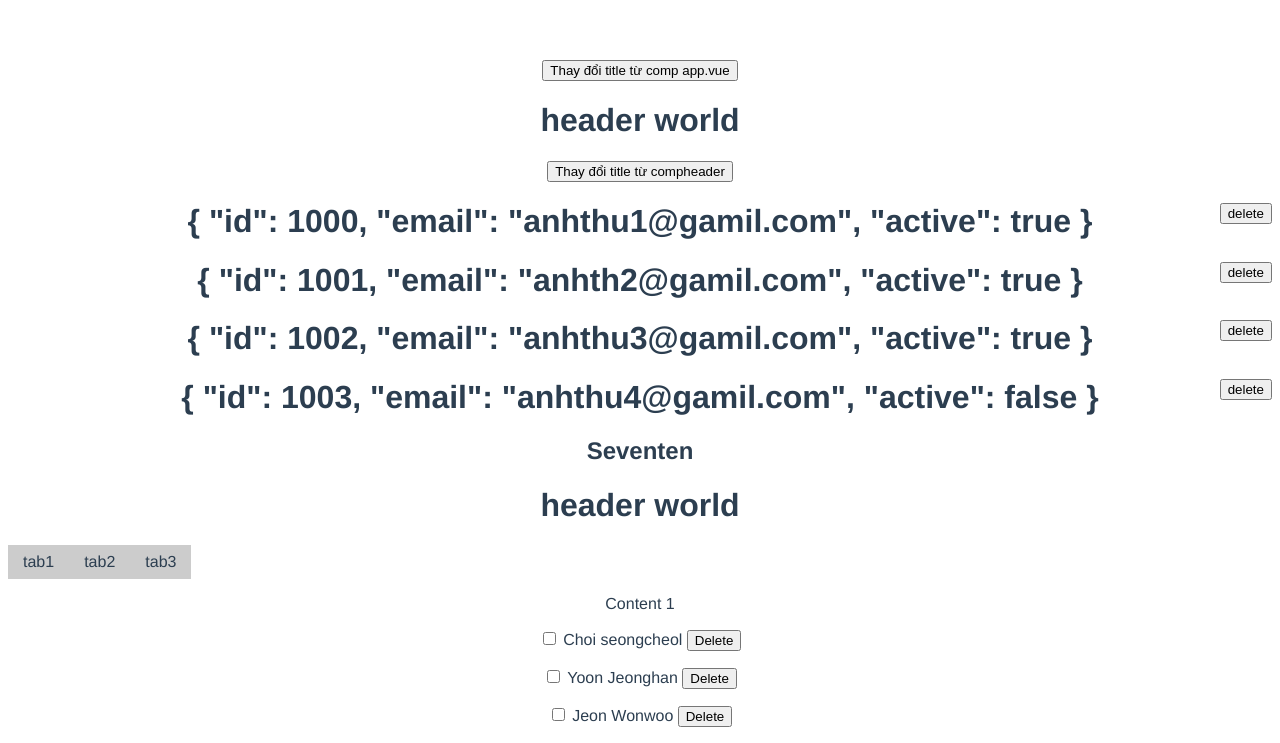
Repository: anhthu112/Todo-list
Page: /
These files come from the project's save history. The page is drawn as it stood at one moment and after the next save; the edit follows.
The browser window is 1280 px wide. The pictures show the whole page.
The project was rebuilt for these pictures with package versions that can differ from the ones it lists, and the page was loaded fresh each time. Also part of the build but not shown: vue.config.js.

Above is the page before, as saved 2024-01-29 16:58:26.

After the next save:
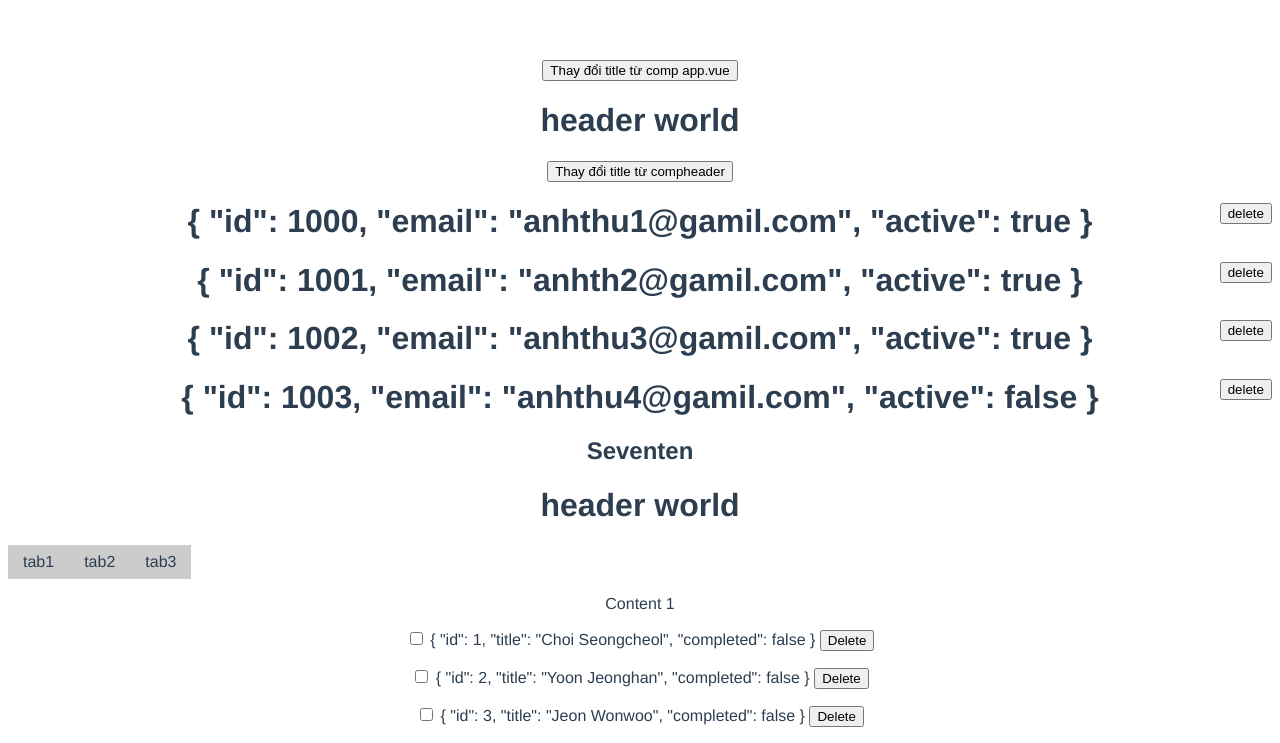
Saved 6 h 34 min later.
--- a/src/components/CompTodo.vue
+++ b/src/components/CompTodo.vue
@@ -7,7 +7,22 @@ import {ref} from 'vue'
 export default {
     name: 'ToDo',
     setup(){
-        const todo = ref (['Choi seongcheol', 'Yoon Jeonghan', 'Jeon Wonwoo'])
+        const todo = ref (
+            [
+                {id:1,
+                title: "Choi Seongcheol",
+                completed: false,
+            },
+            {id:2,
+                title: "Yoon Jeonghan",
+                completed: false,
+            },
+            {id:3,
+                title: "Jeon Wonwoo",
+                completed: false,
+            },
+            ]
+        )
         return {
             todo
         }
